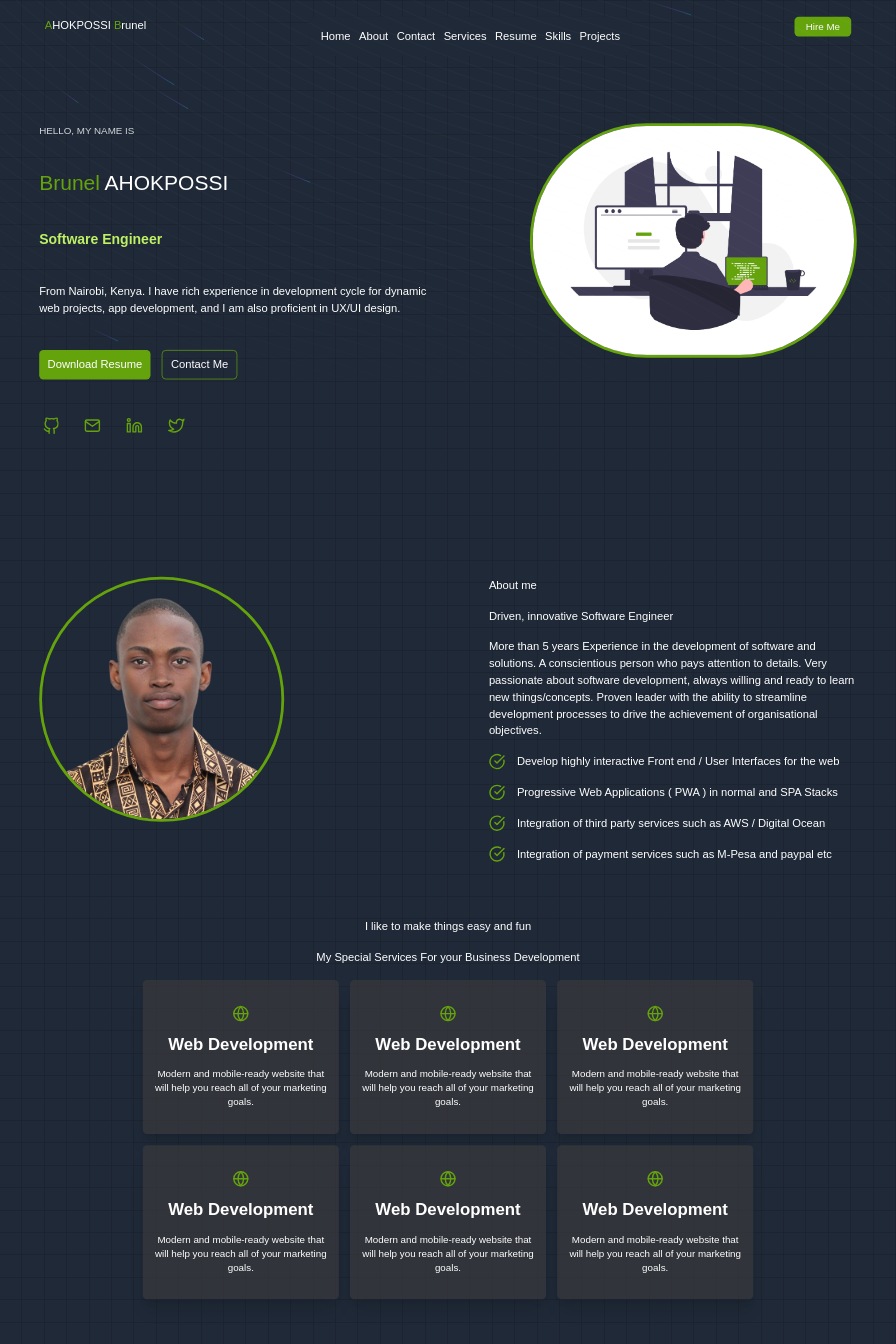
Repository: BrunelDev/portfolioV2
Page: /
These files come from the project's save history. The page is drawn as it stood at one moment and after the next save; the edit follows.
The browser window is 1280 px wide. The pictures show the part of the page from y = 0 to 1920 px (the page is 5012 px tall), at 70% of full size.
The project was rebuilt for these pictures with package versions that can differ from the ones it lists, and the page was loaded fresh each time. The framework's server and built-in components were replaced by stand-ins that run in the browser. Also part of the build but not shown: next.config.ts.

Above is the page before, as saved 2024-12-06 09:20:01.

### app/layout.tsx
import type { Metadata } from "next";
import localFont from "next/font/local";
import "./globals.css";
import {BackgroundBeams} from "@/components/ui/background-beams"

const geistSans = localFont({
  src: "./fonts/GeistVF.woff",
  variable: "--font-geist-sans",
  weight: "100 900",
});
const geistMono = localFont({
  src: "./fonts/GeistMonoVF.woff",
  variable: "--font-geist-mono",
  weight: "100 900",
});

export const metadata: Metadata = {
  title: "Create Next App",
  description: "Generated by create next app",
};

export default function RootLayout({
  children,
}: Readonly<{
  children: React.ReactNode;
}>) {
  return (
    <html lang="en">
      <body
        className={`${geistSans.variable} ${geistMono.variable} antialiased bg-gray-800 selection:bg-lime-600 text-white dark:bg-grid-white/[0.2] bg-grid-black/[0.2]`}


      >
        {children}
        <BackgroundBeams  />
      </body>
    </html>
  );
}

### app/components/footer.tsx
"use client"
import { ChevronsUp } from "lucide-react";
import Link from "next/link";

export function Footer() {
  const scrollToTop = (event: React.MouseEvent<HTMLAnchorElement>) => {
    event.preventDefault();
    const element = document.getElementById("top");
    if (element) {
      element.scrollIntoView({ behavior: "smooth" });
    }
  };
  return (
    <div className="flex px-20 py-6 justify-between items-center bg-[#252525af] relative">
      <h6>Copyright @2024, Wilson Kinyua. All Rights Reserved</h6>
      <Link
        href={"#top"}
        onClick={(e) => {
          scrollToTop(e);
        }}
      >
        <div className="bg-lime-600 rounded-lg w-[60px] h-[60px] flex justify-center items-center absolute top-0 -translate-y-1/2 left-1/2 -translate-x-1/2">
          <ChevronsUp size={40} />
        </div>
      </Link>

      <ul className="flex space-x-3">
        <li className="hover:text-lime-600 duration-300">
          <a href="#home">Home</a>
        </li>
        <li className="hover:text-lime-600 duration-300">
          <a href="#about">About</a>
        </li>
        <li className="hover:text-lime-600 duration-300">
          <a href="#contact">Contact</a>
        </li>
        <li className="hover:text-lime-600 duration-300">
          <a href="#services">Services</a>
        </li>
        <li className="hover:text-lime-600 duration-300">
          <a href="#blog">Resume</a>
        </li>
        <li className="hover:text-lime-600 duration-300">
          <a href="#login">Skills</a>
        </li>
        <li className="hover:text-lime-600 duration-300">
          <a href="#logout">Projects</a>
        </li>
      </ul>
    </div>
  );
}

### app/components/input.tsx
import { Input } from "@/components/ui/input";
import { Label } from "@/components/ui/label";

export function InputComponent({
  placeholder = "",
  label = "",
  handleChange,
  height = "",
}: {
  placeholder: string;
  label: string;
  handleChange: (value: string) => void;
  height: string;
}) {
  return (
    <div className="grid w-full items-center gap-1.5 ">
      <Label htmlFor="email">{label}</Label>
      <Input
        className={`h-full w-full ${height ? height : ""}`}
        type="email"
        id="email"
        placeholder={placeholder}
        onChange={(e) => {
          handleChange(e.target.value);
        }}
      />
    </div>
  );
}

### app/components/navbar.tsx
import {
  BriefcaseBusiness,
  Contact,
  FileText,
  House,
  Layers,
  PencilRuler,
  UserRoundSearch,
} from "lucide-react";
import { Button } from "@/components/ui/button"
export function Navbar() {
  return (
    <div className="w-[90%] m-auto flex justify-between my-6" id="top">
      <h6>
        <span className="text-lime-600">A</span>HOKPOSSI{" "}
        <span className="text-lime-600">B</span>runel
      </h6>
      <ul className="flex space-x-3 p-4 rounded-xl bg-gray-800">
        <li className="hover:text-lime-600 duration-300">
          <a href="#home">Home</a>
        </li>
        <li className="hover:text-lime-600 duration-300">
          <a href="#about">About</a>
        </li>
        <li className="hover:text-lime-600 duration-300">
          <a href="#contact">Contact</a>
        </li>
        <li className="hover:text-lime-600 duration-300">
          <a href="#services">Services</a>
        </li>
        <li className="hover:text-lime-600 duration-300">
          <a href="#blog">Resume</a>
        </li>
        <li className="hover:text-lime-600 duration-300">
          <a href="#login">Skills</a>
        </li>
        <li className="hover:text-lime-600 duration-300">
          <a href="#logout">Projects</a>
        </li>
      </ul>
      <Button variant="gooeyLeft" className=" bg-lime-600 rounded-md px-4 py-1 hover:bg-lime-900 hover:scale-105 duration-300 h-fit">
        Hire Me
      </Button>
    </div>
  );
}

export function FloatingNavBar() {
  return (
    <div className="w-[250px] md:w-1/3 fixed left-1/2 -translate-x-1/2 bottom-10 bg-[#4d4d4ea1] rounded-lg p-4 flex justify-around">
      <House />
      <UserRoundSearch />
      <Contact />
      <BriefcaseBusiness />
      <FileText />
      <PencilRuler />
      <Layers />
    </div>
  );
}

### app/components/serviceComponent.tsx
import { LucideIcon } from "lucide-react";

export function ServiceComponent({
  icon: Icon,
  title,
  description,
}: {
  icon: LucideIcon;
  title: string;
  description: string;
}) {
  return (
    <div className="flex flex-col space-y-4 p-4 w-[280px] h-[220px] justify-center items-center bg-[#3e3d3d98] rounded-md shadow-xl ">
      <Icon color="#65a30d"/>
      <h2 className="text-2xl font-bold">{title}</h2>
      <p className="text-center text-sm">{description}</p>
    </div>
  );
}

### app/components/skillCard.tsx
import Image from "next/image";

export function SkillCard({
  skill,
}: {
  skill: { image: string; title: string };
}) {
  return (
    <div className="#1E1E1E flex flex-col justify-center items-center w-[120px] h-[120px] space-y-5 bg-[#3e3d3d98]">
      <Image src={skill.image} alt={skill.title} width={40} height={50} />
      <h3>{skill.title}</h3>
    </div>
  );
}

### app/components/workSection.tsx
import { ArrowUpRight } from "lucide-react";
import Image from "next/image";

export function WorkSection({
  work,
  reversed,
}: {
  work: { image: string; category: string; title: string; description: string };
  reversed: boolean;
}) {
  return (
    <div
      className={`flex ${
        reversed ? "flex-row-reverse" : "flex-row"
      } justify-between w-full`}
    >
        <Image src={work.image} width={400} height={600} alt="blank PC" />
      <div className="w-1/2 flex flex-col space-y-5 self-center">
        <h6 className="text-lime-600">{work.category}</h6>
        <h1 className="text-3xl">{work.category}</h1>
              <h6>{work.description}</h6>
              <div className="h-14 w-14 flex justify-center items-center rounded-full border hover:animate-pulse duration-75">
        <ArrowUpRight size={30}/>

              </div>
      </div>
    </div>
  );
}

### components/ui/button.tsx
import * as React from "react";
import { Slot, Slottable } from "@radix-ui/react-slot";
import { cva, type VariantProps } from "class-variance-authority";
import { cn } from "@/lib/utils";

const buttonVariants = cva(
  "inline-flex items-center justify-center whitespace-nowrap rounded-md text-sm font-medium ring-offset-background transition-colors focus-visible:outline-none focus-visible:ring-2 focus-visible:ring-ring focus-visible:ring-offset-2 disabled:pointer-events-none disabled:opacity-50",
  {
    variants: {
      variant: {
        default: "bg-primary text-primary-foreground hover:bg-primary/90",
        destructive:
          "bg-destructive text-destructive-foreground hover:bg-destructive/90",
        outline:
          "border border-input bg-background hover:bg-accent hover:text-accent-foreground",
        secondary:
          "bg-secondary text-secondary-foreground hover:bg-secondary/80",
        ghost: "hover:bg-accent hover:text-accent-foreground",
        link: "text-primary underline-offset-4 hover:underline",
        expandIcon:
          "group relative text-primary-foreground bg-primary hover:bg-primary/90",
        ringHover:
          "bg-primary text-primary-foreground transition-all duration-300 hover:bg-primary/90 hover:ring-2 hover:ring-primary/90 hover:ring-offset-2",
        shine:
          "text-primary-foreground animate-shine bg-gradient-to-r from-primary via-primary/75 to-primary bg-[length:400%_100%] ",
        gooeyRight:
          "text-primary-foreground relative bg-primary z-0 overflow-hidden transition-all duration-500 before:absolute before:inset-0 before:-z-10 before:translate-x-[150%] before:translate-y-[150%] before:scale-[2.5] before:rounded-[100%] before:bg-gradient-to-r from-zinc-400 before:transition-transform before:duration-1000  hover:before:translate-x-[0%] hover:before:translate-y-[0%] ",
        gooeyLeft:
          "text-primary-foreground relative bg-primary z-0 overflow-hidden transition-all duration-500 after:absolute after:inset-0 after:-z-10 after:translate-x-[-150%] after:translate-y-[150%] after:scale-[2.5] after:rounded-[100%] after:bg-gradient-to-l from-zinc-400 after:transition-transform after:duration-1000  hover:after:translate-x-[0%] hover:after:translate-y-[0%] ",
        linkHover1:
          "relative after:absolute after:bg-primary after:bottom-2 after:h-[1px] after:w-2/3 after:origin-bottom-left after:scale-x-100 hover:after:origin-bottom-right hover:after:scale-x-0 after:transition-transform after:ease-in-out after:duration-300",
        linkHover2:
          "relative after:absolute after:bg-primary after:bottom-2 after:h-[1px] after:w-2/3 after:origin-bottom-right after:scale-x-0 hover:after:origin-bottom-left hover:after:scale-x-100 after:transition-transform after:ease-in-out after:duration-300",
      },
      size: {
        default: "h-10 px-4 py-2",
        sm: "h-9 rounded-md px-3",
        lg: "h-11 rounded-md px-8",
        icon: "h-10 w-10",
      },
    },
    defaultVariants: {
      variant: "default",
      size: "default",
    },
  }
);

interface IconProps {
  Icon: React.ElementType;
  iconPlacement: "left" | "right";
}

interface IconRefProps {
  Icon?: never;
  iconPlacement?: undefined;
}

export interface ButtonProps
  extends React.ButtonHTMLAttributes<HTMLButtonElement>,
    VariantProps<typeof buttonVariants> {
  asChild?: boolean;
}

export type ButtonIconProps = IconProps | IconRefProps;

const Button = React.forwardRef<
  HTMLButtonElement,
  ButtonProps & ButtonIconProps
>(
  (
    {
      className,
      variant,
      size,
      asChild = false,
      Icon,
      iconPlacement,
      ...props
    },
    ref
  ) => {
    const Comp = asChild ? Slot : "button";
    return (
      <Comp
        className={cn(buttonVariants({ variant, size, className }))}
        ref={ref}
        {...props}
      >
        {Icon && iconPlacement === "left" && (
          <div className="w-0 translate-x-[0%] pr-0 opacity-0 transition-all duration-200 group-hover:w-5 group-hover:translate-x-100 group-hover:pr-2 group-hover:opacity-100">
            <Icon />
          </div>
        )}
        <Slottable>{props.children}</Slottable>
        {Icon && iconPlacement === "right" && (
          <div className="w-0 translate-x-[100%] pl-0 opacity-0 transition-all duration-200 group-hover:w-5 group-hover:translate-x-0 group-hover:pl-2 group-hover:opacity-100">
            <Icon />
          </div>
        )}
      </Comp>
    );
  }
);
Button.displayName = "Button";

export { Button, buttonVariants };

### components/ui/input.tsx
import * as React from "react"

import { cn } from "@/lib/utils"

const Input = React.forwardRef<HTMLInputElement, React.ComponentProps<"input">>(
  ({ className, type, ...props }, ref) => {
    return (
      <input
        type={type}
        className={cn(
          "flex h-9 w-full rounded-md border border-input bg-transparent px-3 py-1 text-base shadow-sm transition-colors file:border-0 file:bg-transparent file:text-sm file:font-medium file:text-foreground placeholder:text-muted-foreground focus-visible:outline-none focus-visible:ring-1 focus-visible:ring-ring disabled:cursor-not-allowed disabled:opacity-50 md:text-sm",
          className
        )}
        ref={ref}
        {...props}
      />
    )
  }
)
Input.displayName = "Input"

export { Input }

### components/ui/label.tsx
"use client"

import * as React from "react"
import * as LabelPrimitive from "@radix-ui/react-label"
import { cva, type VariantProps } from "class-variance-authority"

import { cn } from "@/lib/utils"

const labelVariants = cva(
  "text-sm font-medium leading-none peer-disabled:cursor-not-allowed peer-disabled:opacity-70"
)

const Label = React.forwardRef<
  React.ElementRef<typeof LabelPrimitive.Root>,
  React.ComponentPropsWithoutRef<typeof LabelPrimitive.Root> &
    VariantProps<typeof labelVariants>
>(({ className, ...props }, ref) => (
  <LabelPrimitive.Root
    ref={ref}
    className={cn(labelVariants(), className)}
    {...props}
  />
))
Label.displayName = LabelPrimitive.Root.displayName

export { Label }

### tailwind.config.ts
import type { Config } from "tailwindcss";
const svgToDataUri = require("mini-svg-data-uri");

const {
  default: flattenColorPalette,
} = require("tailwindcss/lib/util/flattenColorPalette");

export default {
  darkMode: ["class"],
  content: [
    "./pages/**/*.{js,ts,jsx,tsx,mdx}",
    "./components/**/*.{js,ts,jsx,tsx,mdx}",
    "./app/**/*.{js,ts,jsx,tsx,mdx}",
  ],
  theme: {
    extend: {
      colors: {
        background: "hsl(var(--background))",
        foreground: "hsl(var(--foreground))",
        card: {
          DEFAULT: "hsl(var(--card))",
          foreground: "hsl(var(--card-foreground))",
        },
        popover: {
          DEFAULT: "hsl(var(--popover))",
          foreground: "hsl(var(--popover-foreground))",
        },
        primary: {
          DEFAULT: "hsl(var(--primary))",
          foreground: "hsl(var(--primary-foreground))",
        },
        secondary: {
          DEFAULT: "hsl(var(--secondary))",
          foreground: "hsl(var(--secondary-foreground))",
        },
        muted: {
          DEFAULT: "hsl(var(--muted))",
          foreground: "hsl(var(--muted-foreground))",
        },
        accent: {
          DEFAULT: "hsl(var(--accent))",
          foreground: "hsl(var(--accent-foreground))",
        },
        destructive: {
          DEFAULT: "hsl(var(--destructive))",
          foreground: "hsl(var(--destructive-foreground))",
        },
        border: "hsl(var(--border))",
        input: "hsl(var(--input))",
        ring: "hsl(var(--ring))",
        chart: {
          "1": "hsl(var(--chart-1))",
          "2": "hsl(var(--chart-2))",
          "3": "hsl(var(--chart-3))",
          "4": "hsl(var(--chart-4))",
          "5": "hsl(var(--chart-5))",
        },
      },
      borderRadius: {
        lg: "var(--radius)",
        md: "calc(var(--radius) - 2px)",
        sm: "calc(var(--radius) - 4px)",
      },
    },
  },
  plugins: [require("tailwindcss-animate"), addVariablesForColors, gridDot],
} satisfies Config;

function addVariablesForColors({ addBase, theme }: any) {
  const allColors = flattenColorPalette(theme("colors"));
  const newVars = Object.fromEntries(
    Object.entries(allColors).map(([key, val]) => [`--${key}`, val])
  );

  addBase({
    ":root": newVars,
  });
}



function gridDot({ matchUtilities, theme }: any) {
	matchUtilities(
	  {
		"bg-grid": (value: any) => ({
		  backgroundImage: `url("${svgToDataUri(
			`<svg xmlns="http://www.w3.org/2000/svg" viewBox="0 0 32 32" width="32" height="32" fill="none" stroke="${value}"><path d="M0 .5H31.5V32"/></svg>`
		  )}")`,
		}),
		"bg-grid-small": (value: any) => ({
		  backgroundImage: `url("${svgToDataUri(
			`<svg xmlns="http://www.w3.org/2000/svg" viewBox="0 0 32 32" width="8" height="8" fill="none" stroke="${value}"><path d="M0 .5H31.5V32"/></svg>`
		  )}")`,
		}),
		"bg-dot": (value: any) => ({
		  backgroundImage: `url("${svgToDataUri(
			`<svg xmlns="http://www.w3.org/2000/svg" viewBox="0 0 32 32" width="16" height="16" fill="none"><circle fill="${value}" id="pattern-circle" cx="10" cy="10" r="1.6257413380501518"></circle></svg>`
		  )}")`,
		}),
	  },
	  { values: flattenColorPalette(theme("backgroundColor")), type: "color" }
	);
  }

Loaded but not shown: app/globals.css (common file); lib/utils.ts (common file); app/page.tsx (341 lines, source omitted); components/ui/background-beams.tsx (141 lines, source omitted)

After the next save:
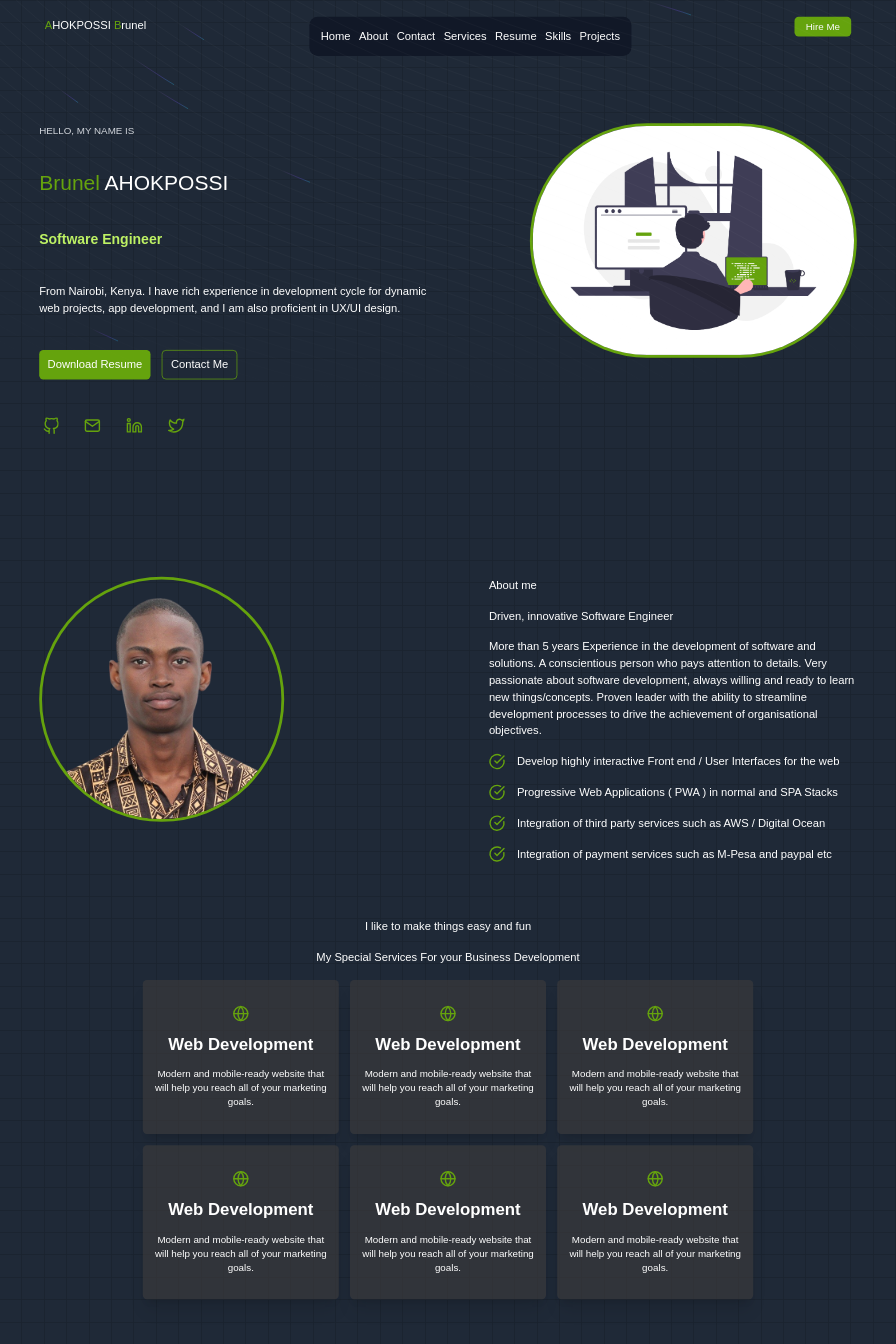
Saved 12 s later.
--- a/app/components/navbar.tsx
+++ b/app/components/navbar.tsx
@@ -15,7 +15,7 @@
         <span className="text-lime-600">A</span>HOKPOSSI{" "}
         <span className="text-lime-600">B</span>runel
       </h6>
-      <ul className="flex space-x-3 p-4 rounded-xl bg-gray-800">
+      <ul className="flex space-x-3 p-4 rounded-xl bg-gray-900">
         <li className="hover:text-lime-600 duration-300">
           <a href="#home">Home</a>
         </li>
